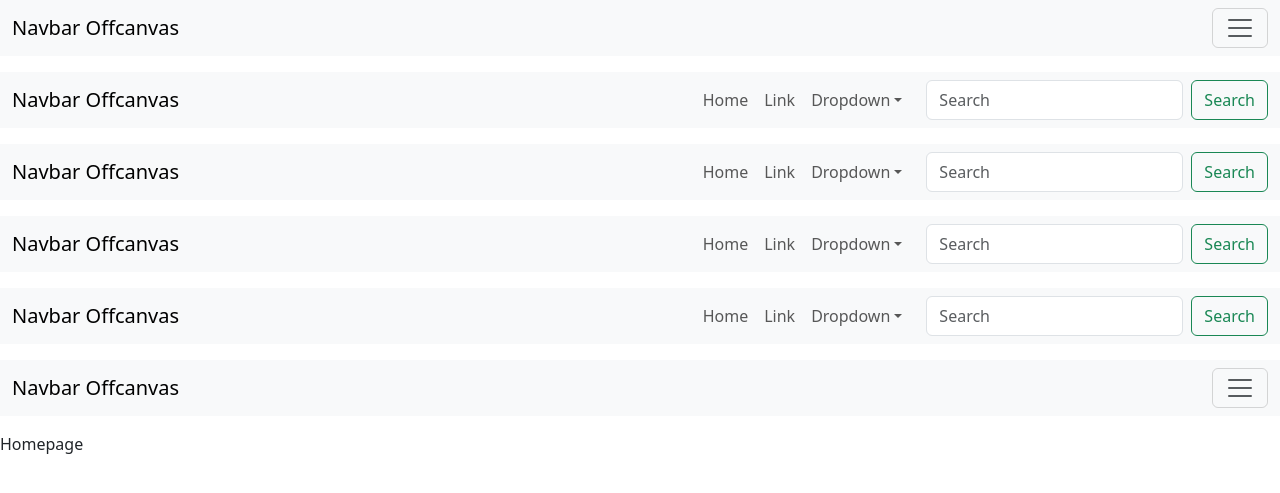
Repository: Luisossandoval/LuisHomePage
Page: /
The author's editor kept a copy of each file at every save. The page is drawn from the files as they stood at one save, then again after a run of saves.
The browser window is 1280 px wide. The pictures show the whole page.
The project was rebuilt for these pictures with package versions that can differ from the ones it lists, and the page was loaded fresh each time. Also part of the build but not shown: src/App.css, src/layout/AppLayout.module.css, src/pages/NotFoundPage/NotFoundPage.jsx. Imported but missing from the stored project, and not drawn on this page: src/pages/Biography/Biography.

Above is the page before, as saved 2024-10-16 22:57:03.

After the next 2 saves:
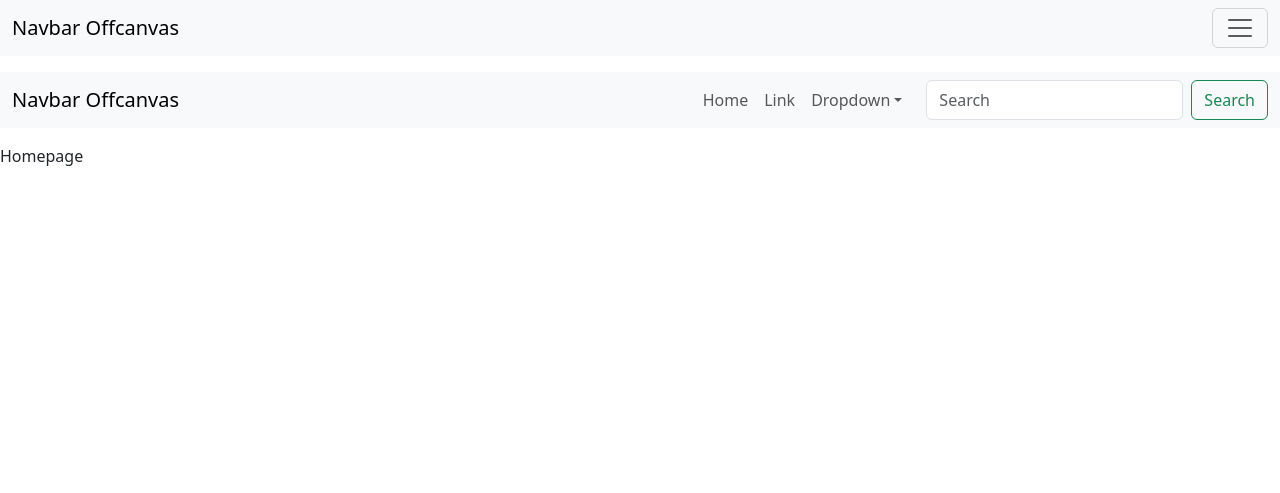
The 2 saves are shown as one change because 1 did not build or start.
The last was saved 105 s later.
--- a/src/layout/AppLayout.js
+++ b/src/layout/AppLayout.js
@@ -12,7 +12,7 @@ import { Outlet } from "react-router-dom";
 const AppLayout = () => {
   return (
     <div>
-      {[false, "sm", "md", "lg", "xl", "xxl"].map((expand) => (
+      {[false, "md"].map((expand) => (
         <Navbar key={expand} expand={expand} className='bg-body-tertiary mb-3'>
           <Container fluid>
             <Navbar.Brand href='#'>Navbar Offcanvas</Navbar.Brand>
